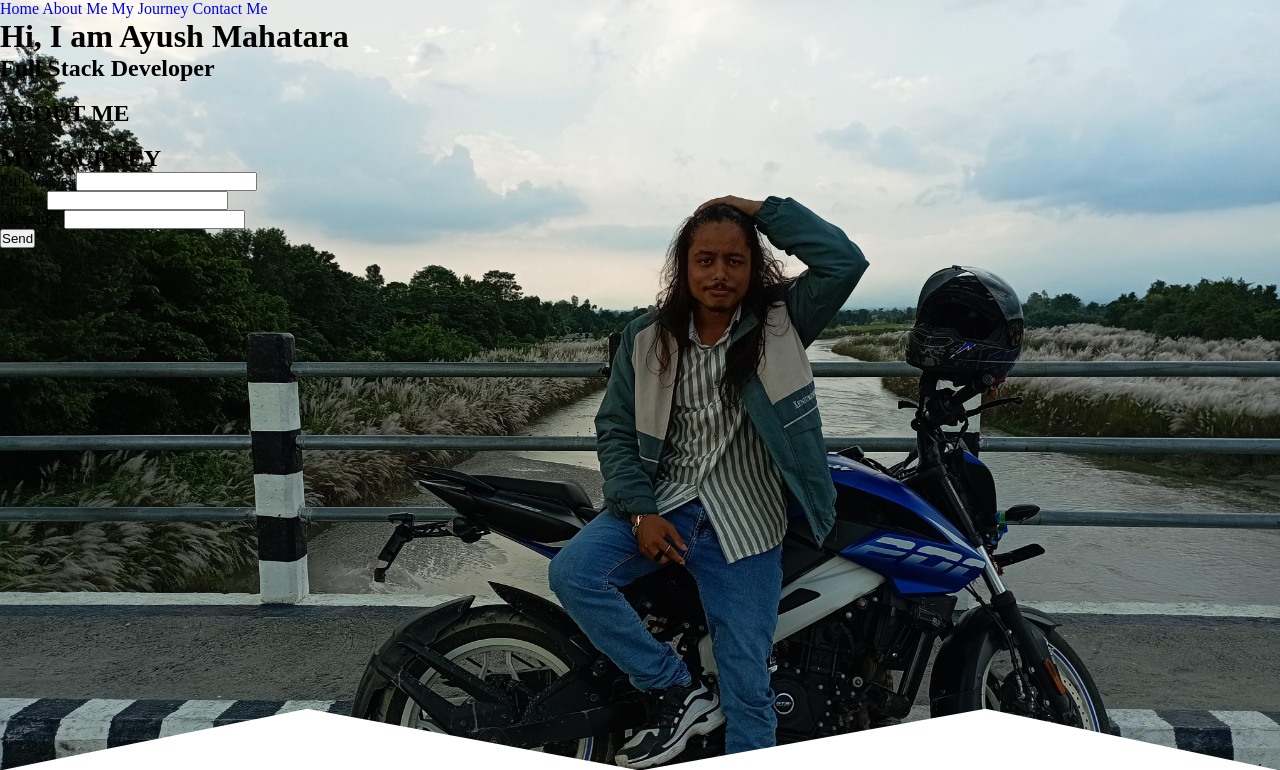
Repository: AyushMahatara/personal-website
Page: New folder/index.html
The author's editor kept a copy of each file at every save. The page is drawn from the files as they stood at one save, then again after the next save.
The browser window is 1280 px wide. The pictures show the whole page.
Backgrounds fixed to the window are drawn as part of the page.

Above is the page before, as saved 2023-07-19 22:44:15.

After the next save:
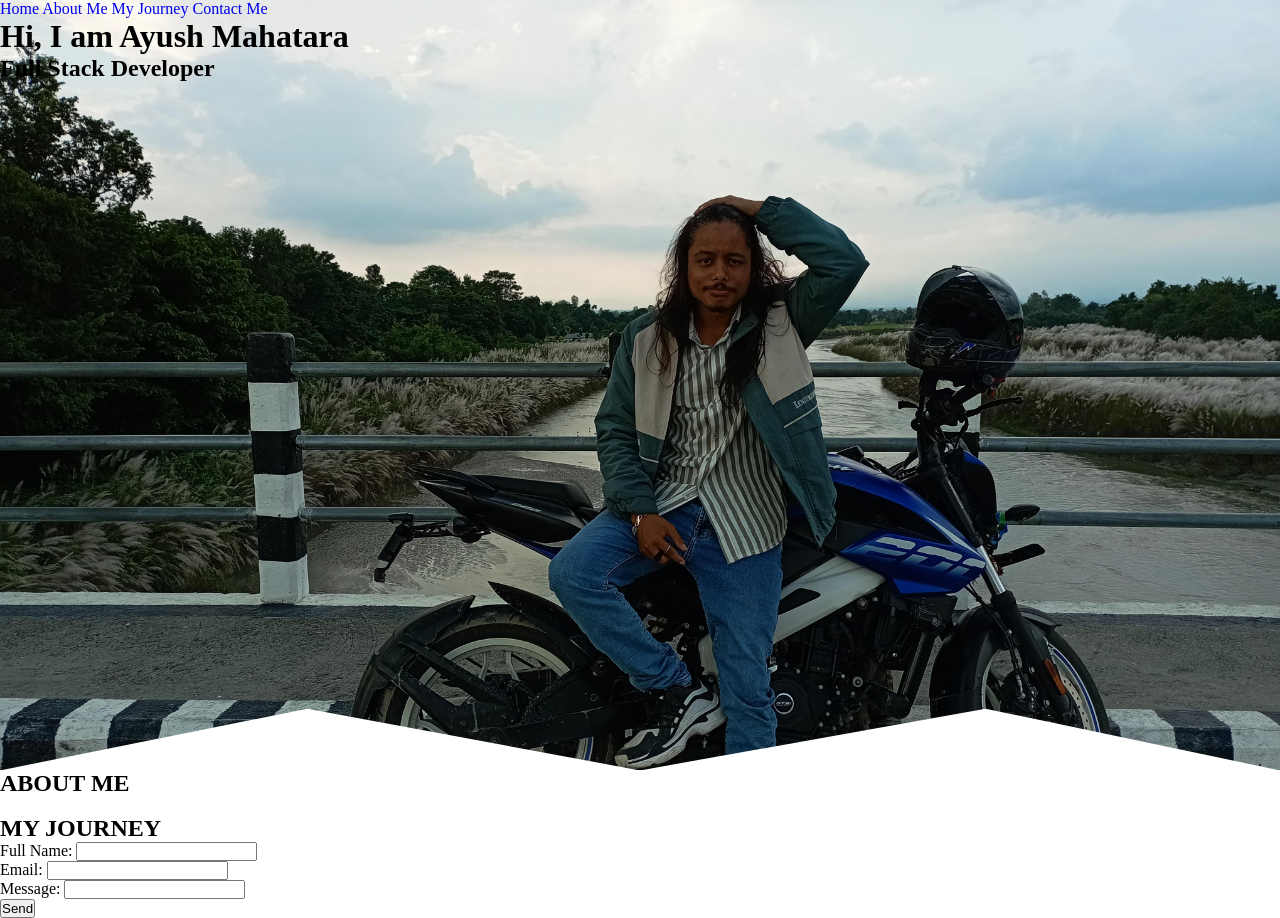
Saved 75 s later.
--- a/New folder/index.html
+++ b/New folder/index.html
@@ -53,41 +53,41 @@
           <img src="" alt="" />
         </div>
       </div>
-      <div class="second">
-        <h2>ABOUT ME</h2>
-        <div class="profilePic">
-          <img src="" alt="" />
-        </div>
-        <div class="aboutMe"></div>
+    </header>
+    <div class="second">
+      <h2>ABOUT ME</h2>
+      <div class="profilePic">
+        <img src="" alt="" />
       </div>
+      <div class="aboutMe"></div>
+    </div>
 
-      <div class="third">
-        <h2>MY JOURNEY</h2>
-        <div class="experience"></div>
+    <div class="third">
+      <h2>MY JOURNEY</h2>
+      <div class="experience"></div>
+    </div>
+
+    <div class="contactMe">
+      <div>
+        <form action="">
+          <div>
+            <label for="">Full Name:</label>
+            <input type="text" />
+          </div>
+          <div>
+            <label for="">Email:</label>
+            <input type="email" required />
+          </div>
+          <div>
+            <label for="">Message:</label>
+            <input type="textarea" />
+            <div>
+              <button type="submit">Send</button>
+            </div>
+          </div>
+        </form>
       </div>
-
-      <div class="contactMe">
-        <div>
-          <form action="">
-            <div>
-              <label for="">Full Name:</label>
-              <input type="text" />
-            </div>
-            <div>
-              <label for="">Email:</label>
-              <input type="email" required />
-            </div>
-            <div>
-              <label for="">Message:</label>
-              <input type="textarea" />
-              <div>
-                <button type="submit">Send</button>
-              </div>
-            </div>
-          </form>
-        </div>
-      </div>
-    </header>
+    </div>
 
     <footer>
       <div>
